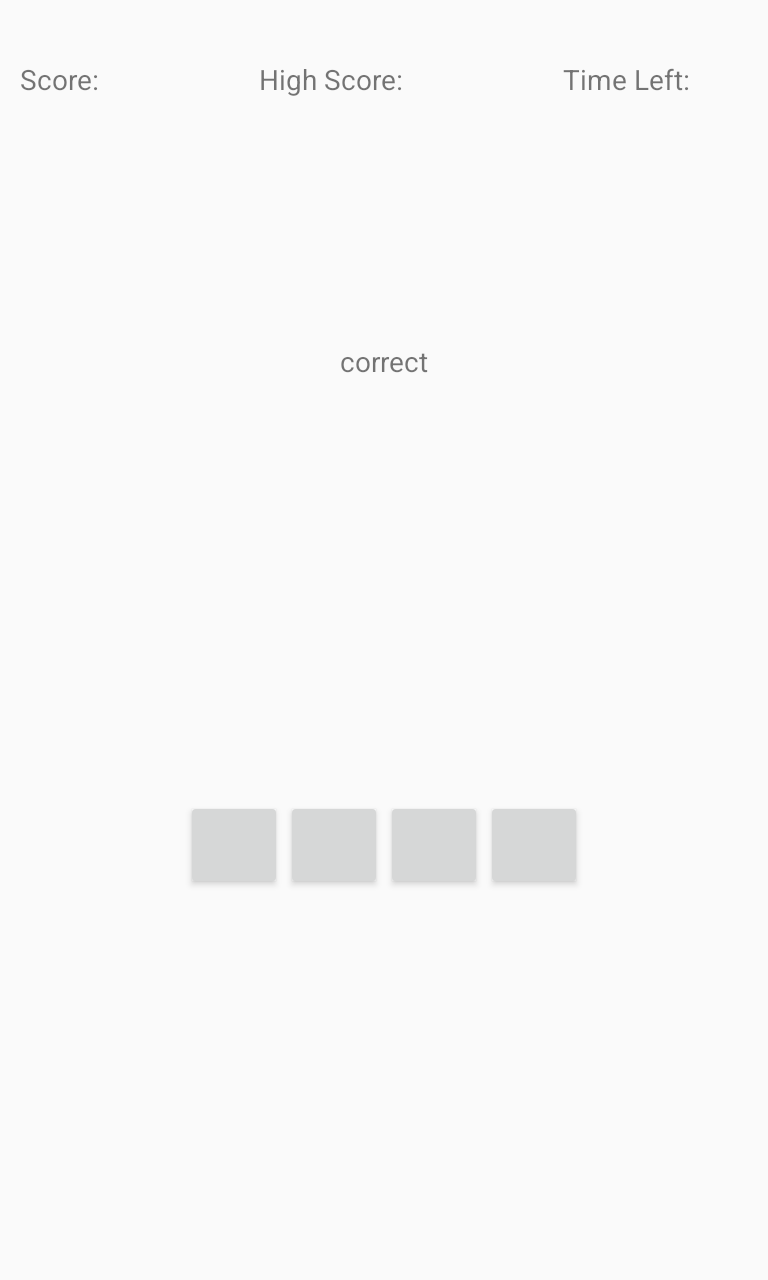
Repository: JoanneCaroll/Mathbomb
Layout: MathBomb/res/layout/activity_startgame.xml
The author's editor kept a copy of each file at every save. The layout is drawn from the files as they stood at one save, then again after the next save.
It is drawn on a 768 x 1280 px phone screen (xhdpi) without system bars, with theme AppTheme; the app's code is not run.

Above is the layout before, as saved 2014-11-12 04:49:11.

### MathBomb/res/layout/activity_startgame.xml
<LinearLayout xmlns:android="http://schemas.android.com/apk/res/android"
    android:layout_gravity="center"
    android:orientation="vertical"
    android:layout_width="match_parent"
    android:layout_height="match_parent">

	<TableLayout
	    android:layout_width="match_parent"
	    android:layout_height="wrap_content"
	    android:orientation="horizontal"
	    >
	    <TableRow>
		    <TextView
		        android:padding="10dp"
		        android:id="@+id/score"
		        android:layout_width="wrap_content"
		        android:layout_height="wrap_content"
		        android:text="@string/score"
		        />
		    <TextView
		        android:padding="30dp"
		        android:id="@+id/showscore"
		        android:layout_width="wrap_content"
		        android:layout_height="wrap_content"
		        />
		    <TextView
		        android:padding="10dp"
		        android:id="@+id/highscore"
		        android:layout_width="wrap_content"
		        android:layout_height="wrap_content"
		        android:text="@string/highscore"
		        />
		    <TextView
		        android:padding="30dp"
		        android:id="@+id/showhighscore"
		        android:layout_width="wrap_content"
		        android:layout_height="wrap_content"/>

		   <TextView
		        android:padding="10dp"
		        android:id="@+id/time"
		        android:layout_width="wrap_content"
		        android:layout_height="wrap_content"
		        android:text="@string/timeleft"/>
		    <TextView
		        android:padding="30dp"
		        android:id="@+id/showtime"
		        android:layout_width="wrap_content"
		        android:layout_height="wrap_content"
		        />
	    </TableRow>
	</TableLayout>

    <RelativeLayout
            android:gravity="center"
            android:layout_width="match_parent"
            android:layout_height="wrap_content"
            android:padding="10dp">

	     <TextView
		    android:id="@+id/integer1"
		    android:layout_width="wrap_content"
		    android:layout_height="wrap_content"
		    android:padding="5dp"
		    android:textSize="50dp"
		    />

		 <TextView
		    android:layout_toRightOf="@id/integer1"
		    android:id="@+id/operator"
		    android:layout_width="wrap_content"
		    android:layout_height="wrap_content"
		    android:padding="5dp"
		    android:textSize="50dp" />

		 <TextView
		    android:layout_toRightOf="@id/operator"
		    android:id="@+id/integer2"
		    android:layout_width="wrap_content"
		    android:layout_height="wrap_content"
		    android:padding="5dp"
		    android:textSize="50dp" />

		 <TextView
		    android:layout_below="@id/operator"
		    android:id="@+id/showcorrect"
		    android:layout_width="wrap_content"
		    android:layout_height="wrap_content"
		    android:padding="5dp"
		    android:text="correct" />

    </RelativeLayout>

	<RelativeLayout
	        android:layout_width="match_parent"
	        android:layout_height="wrap_content"
	        android:gravity="center">

		    <Button
		        android:layout_alignParentBottom="true"
		        android:id="@+id/choice1"
		        android:layout_width="50dp"
		        android:layout_height="wrap_content"
		       />

		    <Button
		        android:layout_alignParentBottom="true"
		        android:id="@+id/choice2"
		        android:layout_toRightOf="@id/choice1"
		        android:layout_width="50dp"
		        android:layout_height="wrap_content"/>

		    <Button
		        android:layout_alignParentBottom="true"
		        android:id="@+id/choice3"
		        android:layout_toRightOf="@id/choice2"
		        android:layout_width="50dp"
		        android:layout_height="wrap_content"/>

		     <Button
		        android:layout_alignParentBottom="true"
		        android:id="@+id/choice4"
		        android:layout_toRightOf="@id/choice3"
		        android:layout_width="50dp"
		        android:layout_height="wrap_content"/>

  		 </RelativeLayout>


</LinearLayout>

### MathBomb/res/values/strings.xml
<?xml version="1.0" encoding="utf-8"?>
<resources>

    <string name="app_name">MathBomb</string>
    <string name="action_settings">Settings</string>
    <string name="score">Score: </string>
    <string name="timeleft">Time Left: </string>
    <string name="highscore">High Score: </string>
	<string name="setRange">Choose Range of Numbers: </string>
</resources>

Loaded but not shown: MathBomb/res/values/styles.xml (common file); MathBomb/res/values-v11/styles.xml (common file); MathBomb/res/values-v14/styles.xml (common file)

After the next save:
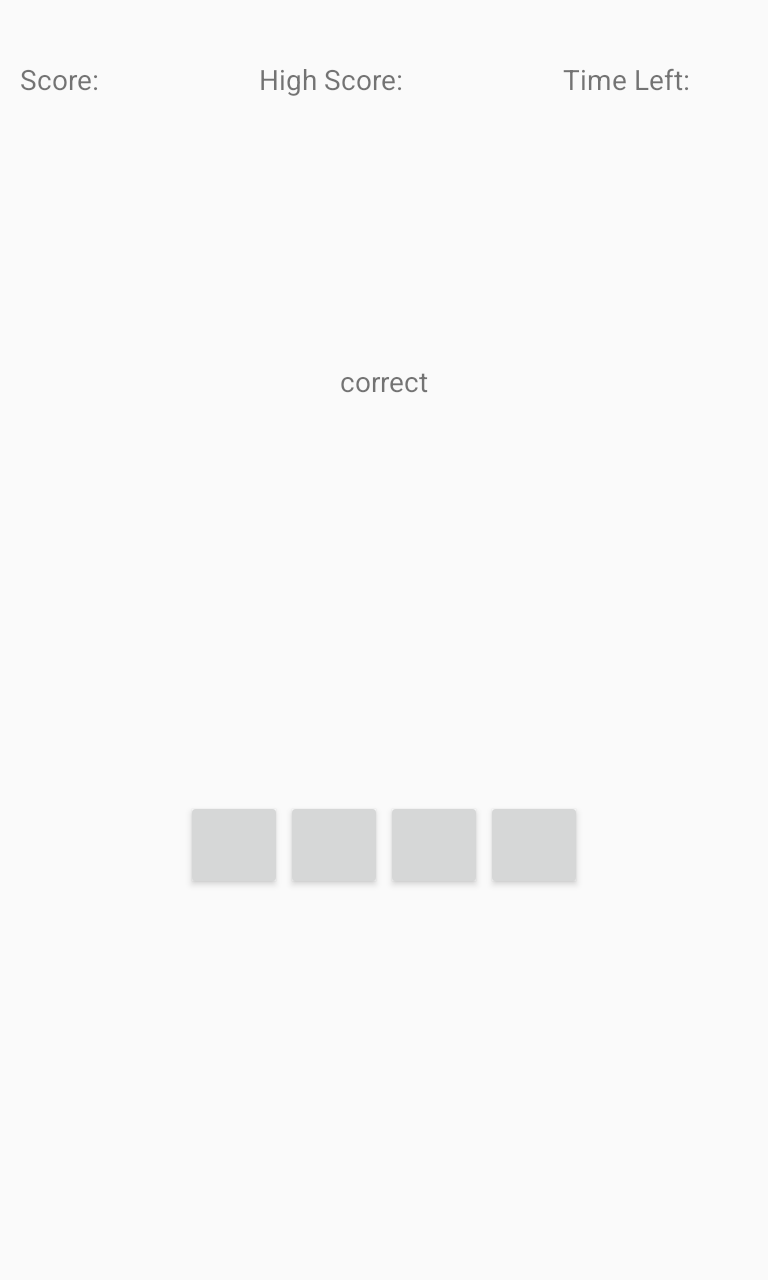
Saved 58 s later.
--- a/MathBomb/res/layout/activity_startgame.xml
+++ b/MathBomb/res/layout/activity_startgame.xml
@@ -81,15 +81,17 @@
 		    android:padding="5dp"
 		    android:textSize="50dp" />
 
-		 <TextView
-		    android:layout_below="@id/operator"
+
+
+    </RelativeLayout>
+
+	<TextView
+	    	android:layout_gravity="center"
 		    android:id="@+id/showcorrect"
 		    android:layout_width="wrap_content"
 		    android:layout_height="wrap_content"
 		    android:padding="5dp"
 		    android:text="correct" />
-
-    </RelativeLayout>
 
 	<RelativeLayout
 	        android:layout_width="match_parent"
